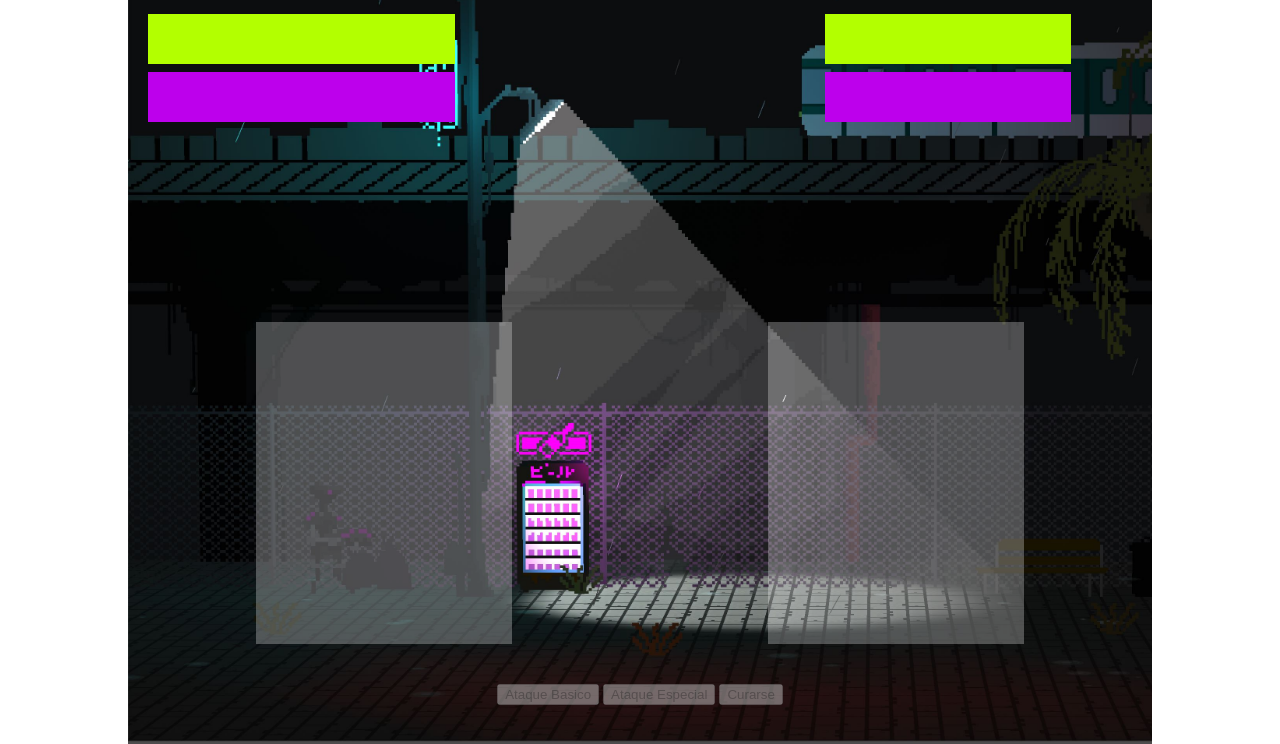
Repository: NovaDuel/novaduel-game
Page: index.html
An editor plug-in stored every save of this project. The page is shown before and after the next save, followed by the edit.
The browser window is 1280 px wide. The pictures show the whole page.
After loading, the first visible `#basic-attack` was clicked once.

Above is the page before, as saved 2024-03-25 15:03:37.

After the next save:
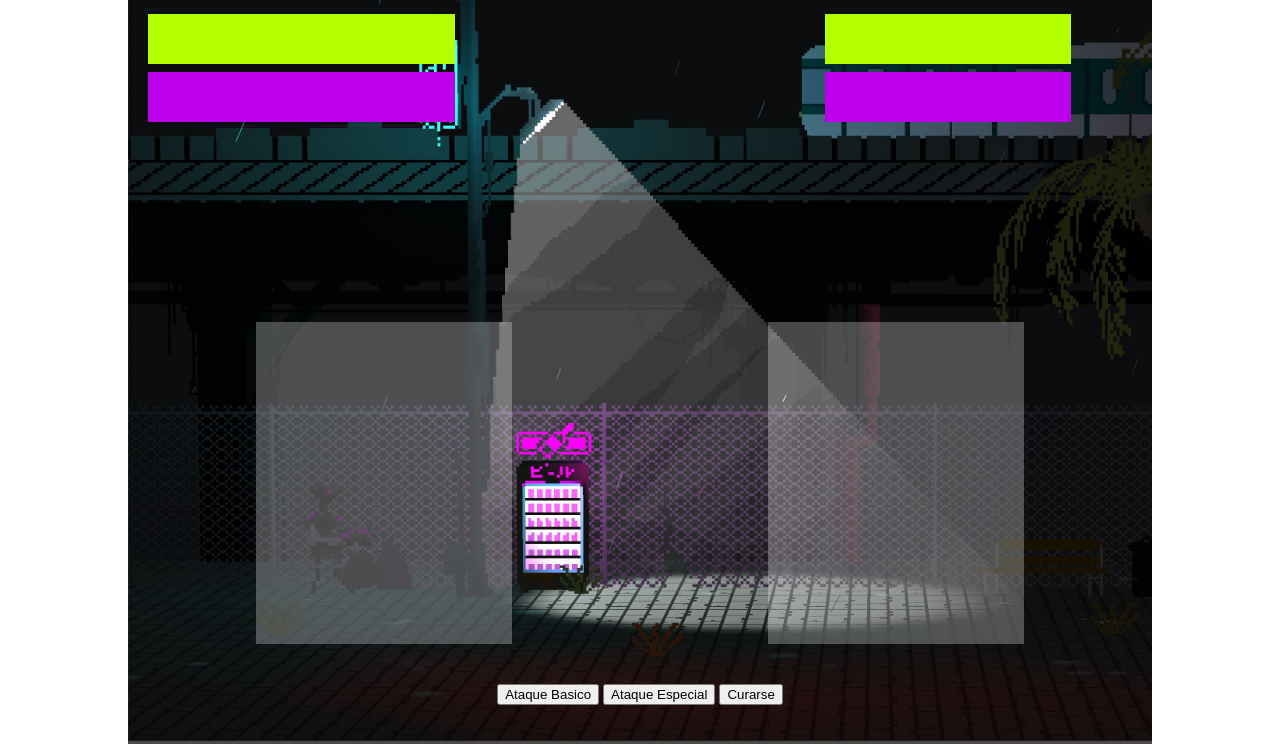
Saved 8 s later.
--- a/main.js
+++ b/main.js
@@ -112,7 +112,7 @@ selector('#basic-attack').addEventListener('click', function() {
     })
     setTimeout(function() {
         buttons.forEach(button => {
-            button.setAttribute("disabled", "")
+            button.removeAttribute("disabled", "")
         })
     }, 700)
     selector("#health-enemy").style.width = `${enemy.health}%`;
